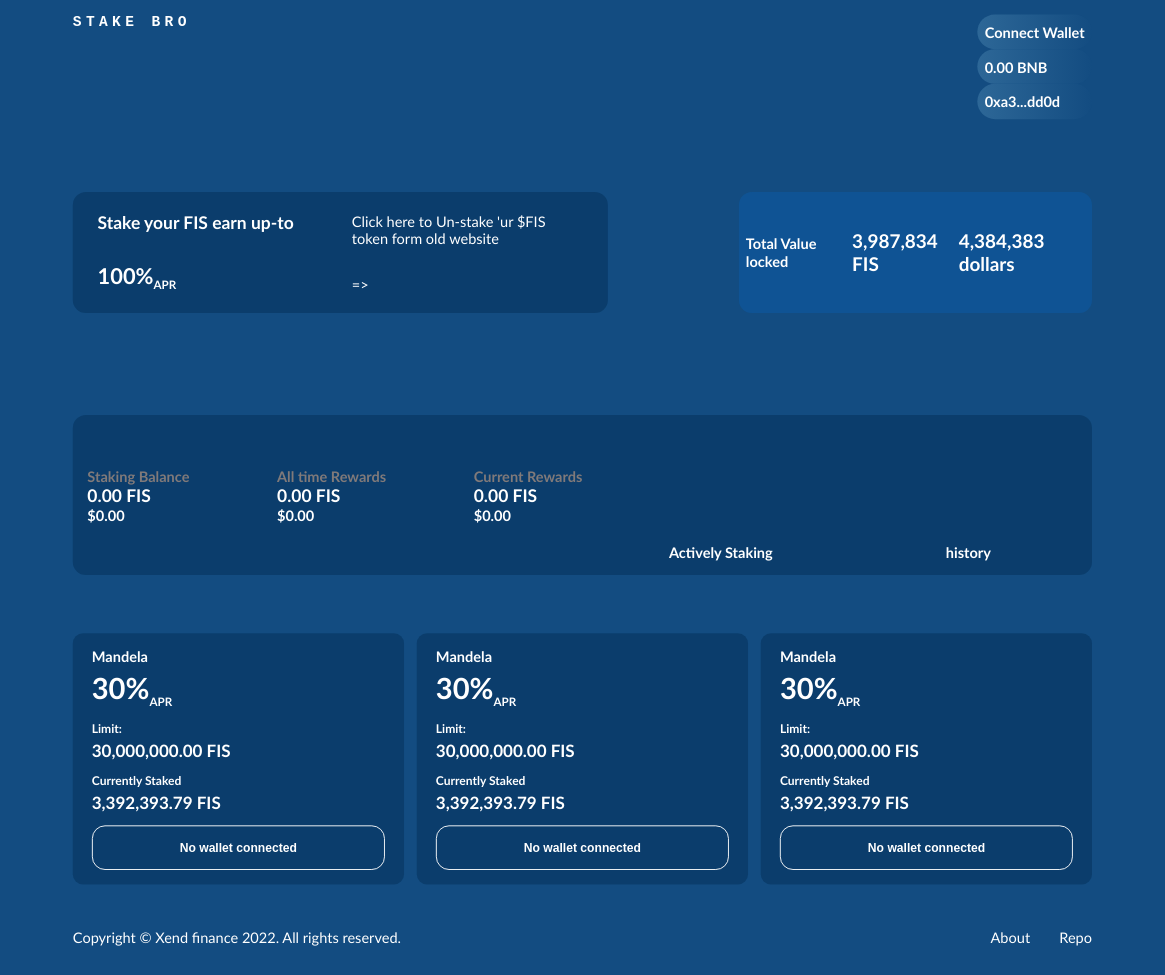
Repository: NorVirae/Stake
Page: /
An editor plug-in stored every save of this project. The page is shown before and after the next save, followed by the edit.
The browser window is 1280 px wide. The pictures show the whole page, at 91% of full size.
The project was rebuilt for these pictures with package versions that can differ from the ones it lists, and the page was loaded fresh each time.

Above is the page before, as saved 2022-04-18 02:52:02.

### src/App.tsx
import React, { useState } from 'react';
import AccountInfoCard from './components/cards/account-info-card';
import AprCard from './components/cards/apr-card';
import './styles/app.css'

function App() {
  const [isWalletConnected, setIsWalletConnected] = useState(false)

  return (
    <div className="stake-container">
      <header>
        <nav>
            <a href='logo' className='logo'>Stake Bro</a>
            <ul>
              <li className='connect-wallet-btn'>Connect Wallet</li>
              <li className='connect-wallet-btn'>0.00 BNB </li>
              <li className='connect-wallet-btn'>0xa3...dd0d</li>

            </ul>
        </nav>
      </header>



      <main>
        <section className='info-global'>
          <div className='info-main'>
            <div className='inner-container-left'>
              <h1 className='earn-text'> Stake your FIS earn up-to</h1>
              <h1>100%<sub className='sub'>APR</sub></h1>

            </div>

            <div className='inner-container-right'>
              <p>Click here to Un-stake 'ur $FIS token form old website</p>
              <span>{"=>"}</span>
            </div>
          </div>

          <div className='public-stake-info'>
            <h3 className='total-locked'>Total Value locked</h3>
            <h1 className='total-locked-token'>3,987,834 FIS</h1>
            <h2 className='total-locked-dollars'>4,384,383 dollars</h2>

          </div>

        </section>

        <section className='connection-info'>
          {
          isWalletConnected?
          <div className={'connection-container-user'}>
            <div className='connection-info-text'>No Wallet connected</div>
            <div> Connect wallet to see your balance</div>
          </div>
          :
          <>
          <div className='user-stake-info-container'>
            <AccountInfoCard title='Staking Balance' token='0.00' dollarEquiv='0.00'/>

            <AccountInfoCard title='All time Rewards' token='0.00' dollarEquiv='0.00'/>


            <AccountInfoCard title='Current Rewards' token='0.00' dollarEquiv='0.00'/>


          </div>

          <div className='info-redirect'>
            <h1>Actively Staking </h1>
            <h1>history </h1>

          </div>

          </>
          }
        </section>

        <section className='reward'>
          <AprCard/>
          <AprCard/>
          <AprCard/>
        </section>

      </main>

      <footer>
        <div className='copyright-info'>
          Copyright &copy; Xend finance 2022. All rights reserved.
        </div>
        <ul>
          <li>About</li>
          <li>Repo</li>

        </ul>
      </footer>

    </div>
  );
}

export default App;

### src/components/cards/account-info-card.tsx
import React from 'react';

interface StakeInfoParams {
    title:string,
    token:string,
    dollarEquiv:string
}

const AccountInfoCard:React.FC<StakeInfoParams> = ({title, token, dollarEquiv}) => {
    return <div className='user-stake-info'>
                <h2 className='staking-balance'>{title}</h2>
                <h1 className='token-balance-fis'>{token} FIS</h1>
                <h2 className='token-balance-dollars'>${dollarEquiv}</h2>
            </div>
}

export default AccountInfoCard;

### src/components/cards/apr-card.tsx
import React from "react";


const AprCard:React.FC = ()=>{
    return <div className='apr-card'>
                <div className='mandela-container'>
                    <h4 className="mandela">Mandela</h4>
                    <h1 className="apr-announce">30%<sub className="sub">APR</sub></h1>
                </div>


                <div className='limit-container'>
                    <h5>Limit:</h5>
                    <h3>30,000,000.00 FIS</h3>
                </div>

                <div className='current-container'>
                    <h5>Currently Staked</h5>
                    <h3>3,392,393.79 FIS</h3>
                </div>

                <button className="stake-button">No wallet connected</button>
        </div>
}

export default AprCard;

### src/styles/app.css
*{
    padding: 0;
    margin: 0;

}

::-webkit-scrollbar{
    background-color: #134C81;
    width: .4rem;
}

::-webkit-scrollbar-thumb{
    background-color: #0c5ba5;
}

img {
    width: 100%;
}

li {
    list-style-type: none;
}

body{
    background-color: #134C81;
    color: #ffff;
    font-family:'Trebuchet MS', 'Lucida Sans Unicode', 'Lucida Grande', 'Lucida Sans', Arial, sans-serif;
}
.stake-container {
    max-width: 70rem;
    margin:auto;
    display: flex;
    flex-direction: column;
    gap: 1rem;
}


nav {
    display:  flex;
    justify-content: space-between;
    padding: 1rem 0;
    position: sticky;
    top:0;
}

main {
    display: flex;
    flex-direction: column;
    gap:4rem;
}
.logo {
    text-decoration: none;
    font-family: 'Courier New', Courier, monospace;
    font-weight: 900;
    color: #ffff;
    letter-spacing: .3rem;
    text-transform: uppercase;
}

.connect-wallet-btn{
    padding: .6rem .5rem;
    background-image: linear-gradient(to right, #2d6797, #134C81  );
    font-weight: bold;
    border-radius: 3rem;
    transition: background-image .5s ease-in-out;
}

.connect-wallet-btn:hover{
    background-image: linear-gradient(to right, #134C81, #2d6797 );
    cursor: pointer;
    color: rgb(225, 225, 235);

}

.info-global{
    display: flex;
    justify-content: space-between;
    padding: 3rem 0;
    gap: 9rem;
}

.info-main{
    display: flex;
    background-color: #05315a88;
    border-radius: .9rem;
    padding: .5rem .9rem;

}

.inner-container-left, .inner-container-right{

    width: 100%;
    padding: .9rem .8rem;
    border-radius: .9rem;
    display: flex;
    flex-direction: column;
    gap:2rem
}



.earn-text {
    font-size: 1.2rem;
}

.sub{
    font-size: .8rem;
}

.public-stake-info {
    display: flex;
    justify-content: center;
    align-items: center;
    border-radius: .9rem;
    padding: .5rem;
    gap: .4rem;

    background-color: #0c5ba588;

}


.total-locked{
    font-size: 1rem;

}

.total-locked-token{
    font-size: 1.3rem;
}

.total-locked-dollars {
    font-size: 1.3rem;
}


.connection-info{
    display: flex;
    background-color: #05315a88;
    border-radius: .9rem;
    justify-content: center;
    align-items: center;
    height: 20vh;
    padding: 1rem 1rem;

}

.connection-info-text {
    font-size: 1.2rem;
    text-transform: uppercase;
}

.user-stake-info-container{
    display: flex;
    justify-content: space-between;
    width: 100%;
}

.staking-balance{
    font-size: 1rem;
    color: rgb(128, 122, 122);
}

.token-balance-fis{
    font-size: 1.2rem;
}

.token-balance-dollars{
    font-size: 1rem;
}

.info-redirect{
    width: 100%;
    height: 100%;
    display: flex;
    justify-content: flex-end;
    align-items: flex-end;
    justify-content: space-around;
}

.info-redirect h1 {
    font-size: 1rem;
}

.connection-container-user{
    display: flex;
    flex-direction: column;
    justify-content: center;
    align-items: center;
}


.reward{
    display: flex;
    justify-content: space-between;
    gap: .9rem;
}

.apr-card{
    background-color: #05315a88;
    padding: 1rem 1.3rem;
    border-radius: .7rem;
    display: flex;
    flex-direction: column;
    justify-content: space-around;
    flex: 1;
    gap: .9rem;
}

.mandela-container{
    display: flex;
    flex-direction: column;
    justify-content: space-between;
    gap:.3rem;
}

.mandela{
    font-size: 1rem;

}

.apr-announce{
    font-size: 2rem;
}

.limit-container{
    display: flex;
    flex-direction: column;
    justify-content: space-between;
    gap:.3rem;
}

.current-container{
    display: flex;
    flex-direction: column;
    justify-content: space-between;
    gap:.3rem;
}

.stake-button{
    border-radius: .9rem;
    border: .1px solid white;
    background-color: transparent;
    padding: 1rem .6rem;
    color: #fff;
    font-weight: bold;
}

.stake-button:hover{
    cursor: pointer;
}

footer{
    display: flex;
    justify-content: space-between;
    padding: 2rem 0;

}
.copyright-info{
    display: flex;
}

footer ul{
    display: flex;
    gap: 2rem;
}

Loaded but not shown: public/index.html (common file); src/index.tsx (common file); src/reportWebVitals.ts (common file)

After the next save:
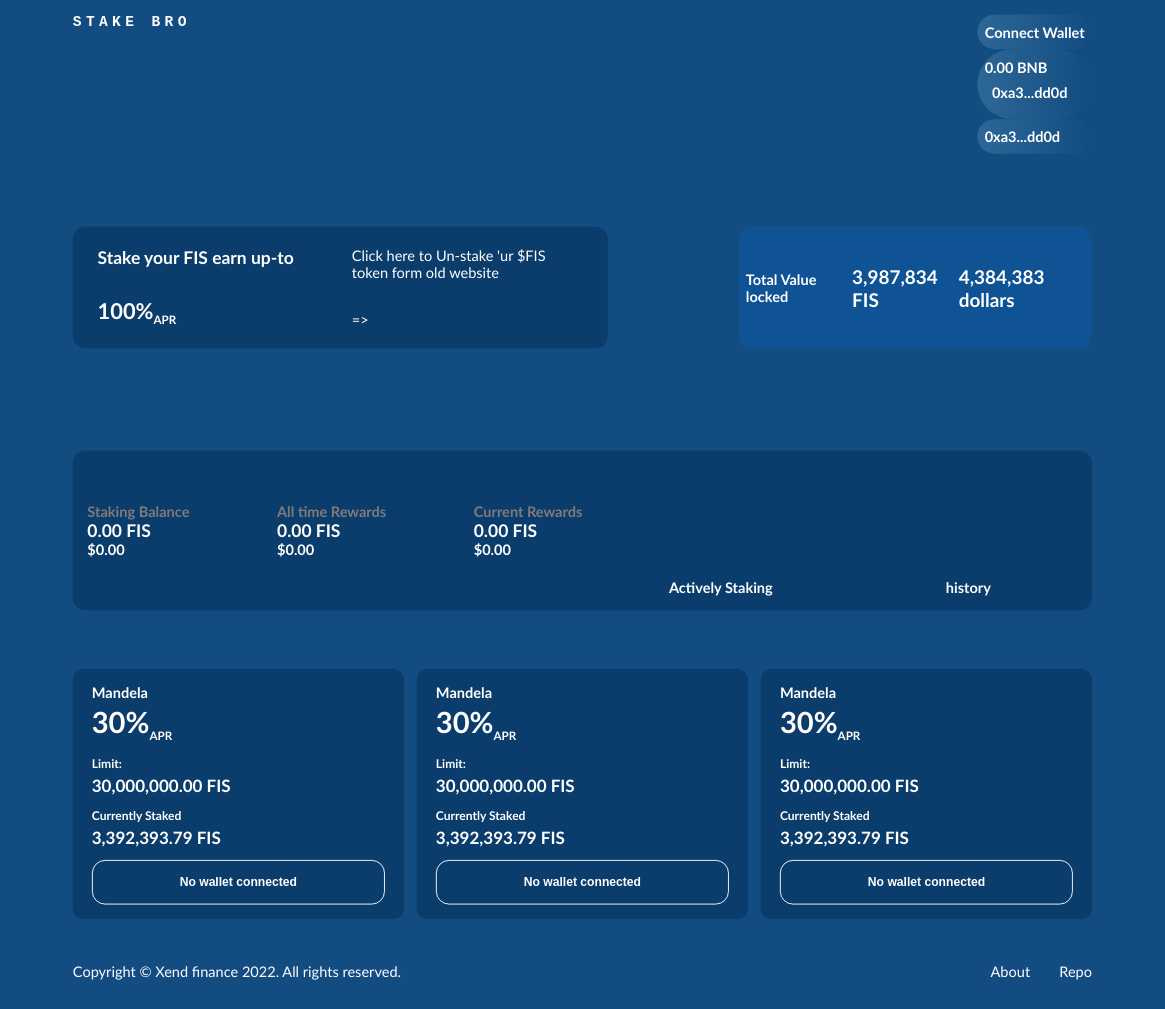
Saved 8 s later.
--- a/src/App.tsx
+++ b/src/App.tsx
@@ -13,7 +13,7 @@
             <a href='logo' className='logo'>Stake Bro</a>
             <ul>
               <li className='connect-wallet-btn'>Connect Wallet</li>
-              <li className='connect-wallet-btn'>0.00 BNB </li>
+              <li className='connect-wallet-btn'>0.00 BNB <li className='connect-wallet-btn'>0xa3...dd0d</li></li>
               <li className='connect-wallet-btn'>0xa3...dd0d</li>
 
             </ul>

After the save that followed:
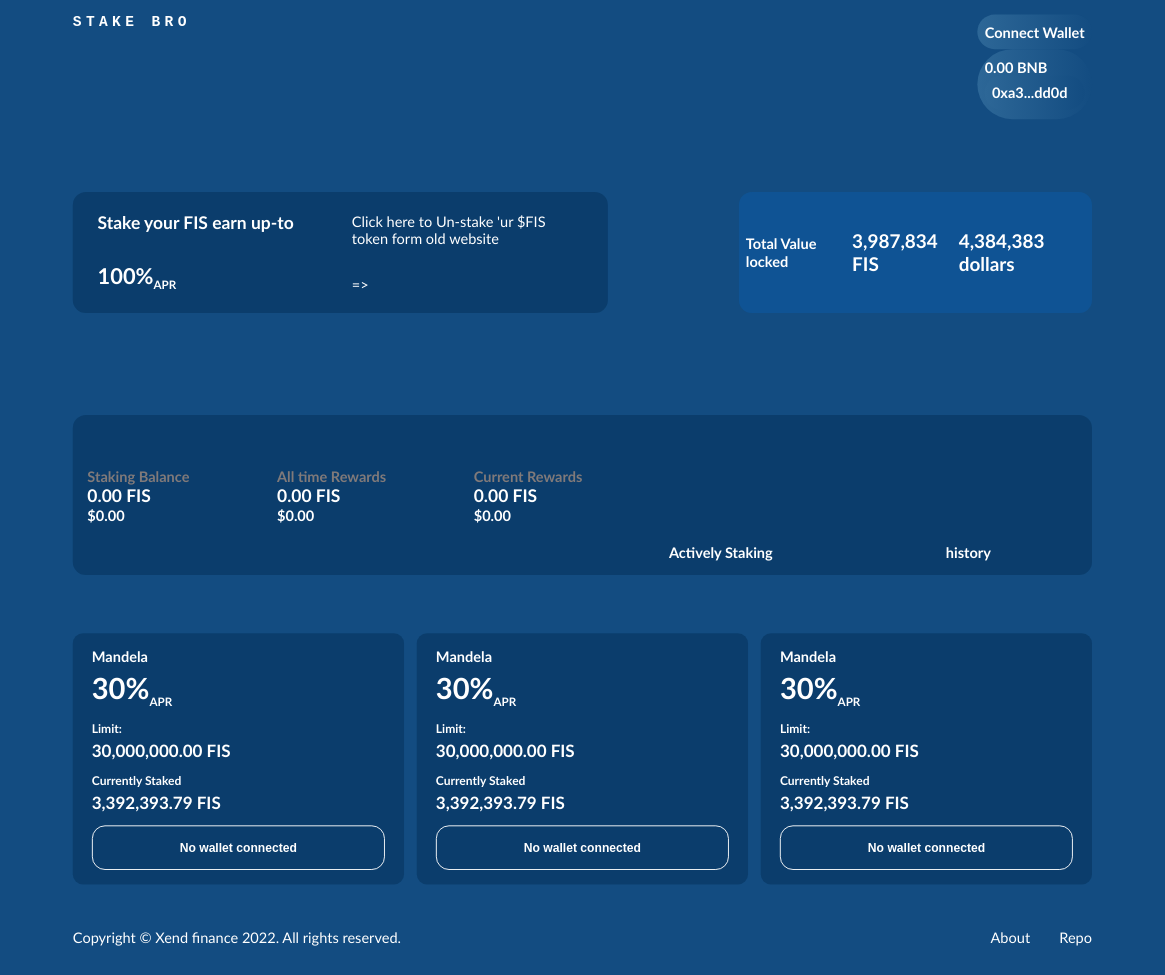
Saved 7 s later.
--- a/src/App.tsx
+++ b/src/App.tsx
@@ -14,7 +14,6 @@
             <ul>
               <li className='connect-wallet-btn'>Connect Wallet</li>
               <li className='connect-wallet-btn'>0.00 BNB <li className='connect-wallet-btn'>0xa3...dd0d</li></li>
-              <li className='connect-wallet-btn'>0xa3...dd0d</li>
 
             </ul>
         </nav>
